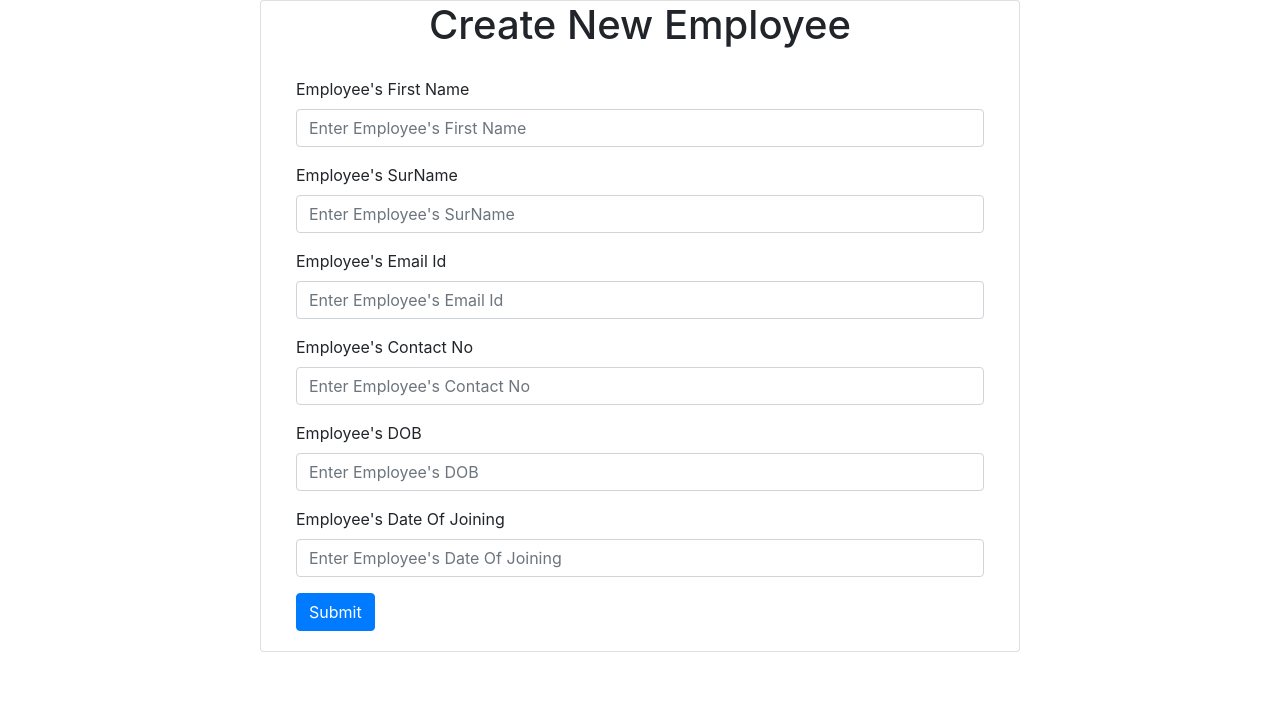
Repository: smrutiranjan-84/Assignment
Page: http://localhost/create_employee
These files come from the project's save history. The page is drawn as it stood at one moment and after the next save; the edit follows.
The browser window is 1280 px wide. The pictures show the whole page.
The page is this project's Thymeleaf template; nobody is signed in. The template is opened directly, without the code that normally fills it, so the values that code supplies are empty.

Above is the page before, as saved 2022-01-19 09:00:47.

After the next save:
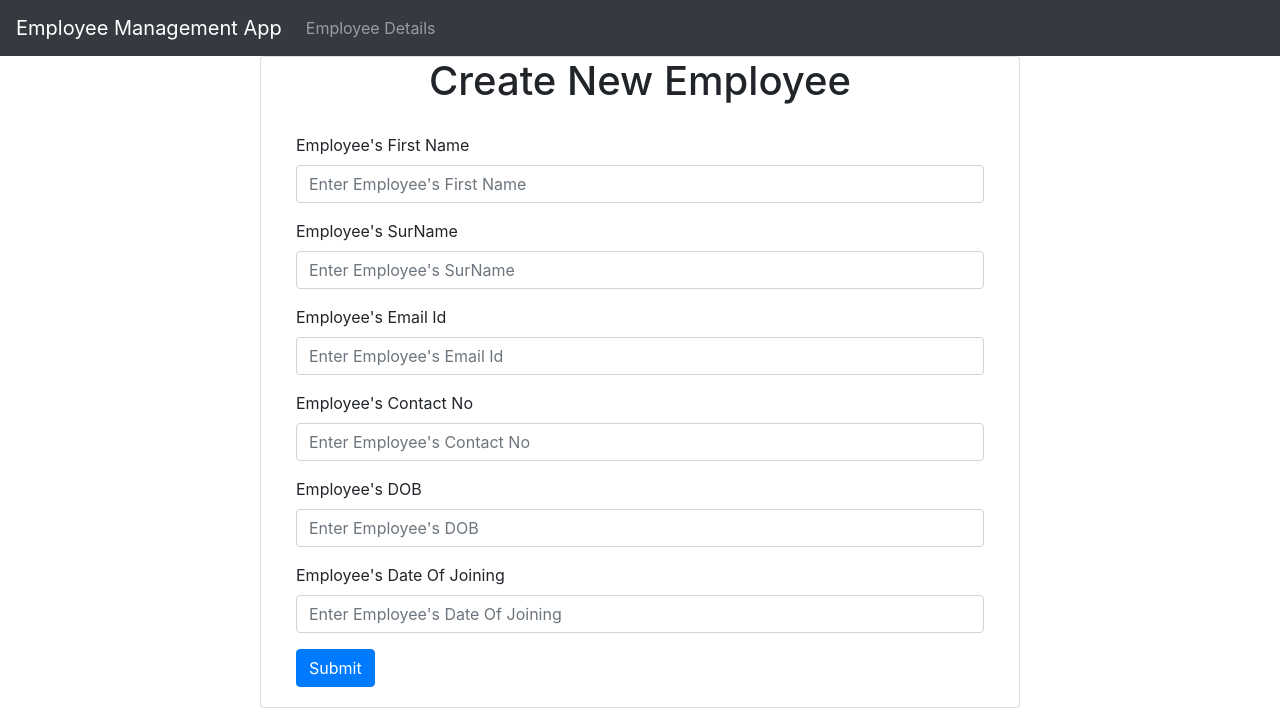
Saved 85 min 29 s later.
--- a/EmployeeApplication/src/main/resources/templates/create_employee.html
+++ b/EmployeeApplication/src/main/resources/templates/create_employee.html
@@ -9,6 +9,24 @@ crossorigin="anonymous">
 
 </head>
 <body>
+  <nav class="navbar navbar-expand-md bg-dark navbar-dark">
+  <!-- Brand -->
+  <a class="navbar-brand" href="#">Employee Management App</a>
+
+  <!-- Toggler/collapsibe Button -->
+  <button class="navbar-toggler" type="button" data-toggle="collapse" data-target="#collapsibleNavbar">
+    <span class="navbar-toggler-icon"></span>
+  </button>
+
+  <!-- Navbar links -->
+  <div class="collapse navbar-collapse" id="collapsibleNavbar">
+    <ul class="navbar-nav">
+      <li class="nav-item">
+        <a class="nav-link" th:href="@{/employees}">Employee Details</a>
+      </li>
+    </ul>
+  </div>
+</nav>
                <div class= "container">
                           <div class= "row">
                 <div class= "col-lg-8 col-md-8 col-sm-8 container justify-content-center card">
